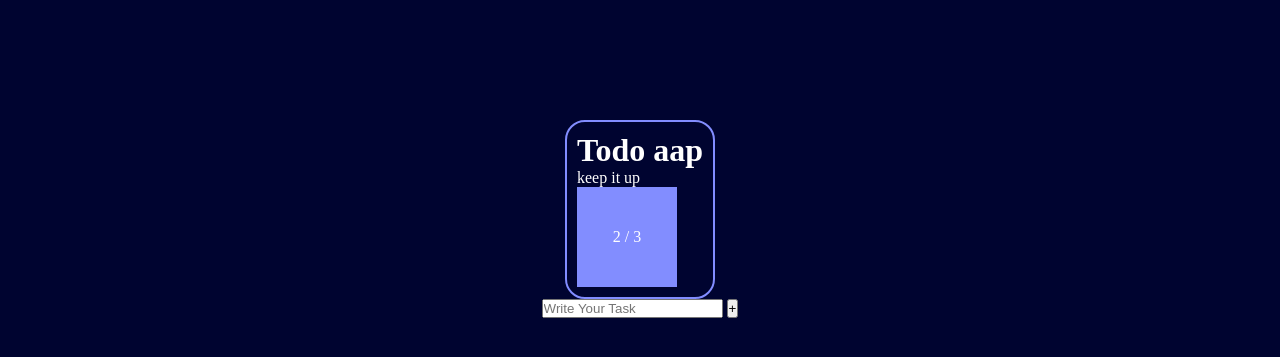
Repository: rajkapoor763-arch/first-work
Page: index.html
These files come from the project's save history. The page is drawn as it stood at one moment and after the next save; the edit follows.
The browser window is 1280 px wide. The pictures show the whole page.

Above is the page before, as saved 2025-09-15 20:58:47.

### index.html
<!DOCTYPE html>
<html lang="en">
<head>
    <meta charset="UTF-8">
    <meta name="viewport" content="width=device-width, initial-scale=1.0">
    <title>TO DO LIST</title>
    <link rel="stylesheet" href="style.css">
</head>
<body>
    <div class="container">
        <div class="stats-container">
            <div class="details">
                <h1>Todo aap</h1>
                <p>keep it up</p>
                <div id="progressbar">
                    <div id="progress"></div>


                </div>

            </div>

         <div class="stats-number">
            <p id="numbers">2 / 3</p>
        </div>
    </div>
    <form action="">
        <input type="text" placeholder="Write Your Task">
        <button type="submit">+</button>
    </form>
    <ul class="task-list"></ul>
</div>
<script src="app.js"></script>

</body>
</html>

### style.css
*{
    margin:0;
    padding:0;
    box-sizing:border-box;
}
:root{
    --background:#000430;
    --secondarybackground:#171c48;
    --text:#fff;
    --purple:#828dff;
    --teal:#24feee;
}
body{
    background-color:var(--background);
    color:var(--text);
}
.container{
    display:flex;
    flex-direction:column;
    align-items:center;
    justify-content:center;
    margin-top:120px;
}
.stats-container{
    padding:10px;
    border-radius:20px;
    border:2px solid var(--purple);

}
#numbers{
    width:100px;
    height:100px;
    background-color: var(--purple);
    display:flex;
    align-items:center;
    justify-content:center;s
}

Loaded but not shown: app.js (no copy from this time; the picture is the same without it)

After the next save:
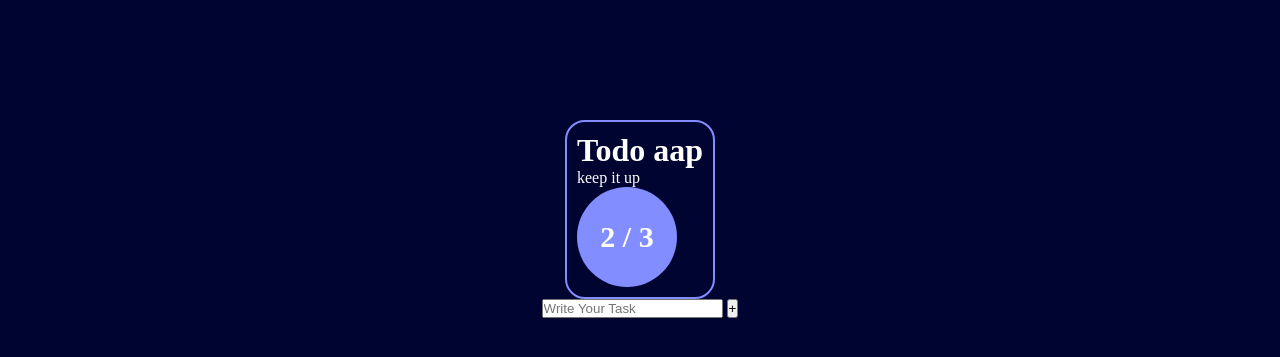
Saved 79 s later.
--- a/style.css
+++ b/style.css
@@ -33,5 +33,9 @@ body{
     background-color: var(--purple);
     display:flex;
     align-items:center;
-    justify-content:center;s
+    justify-content:center;
+    border-radius:50%;
+    font-size:30px;
+    font-weight:bold;
+
 }
